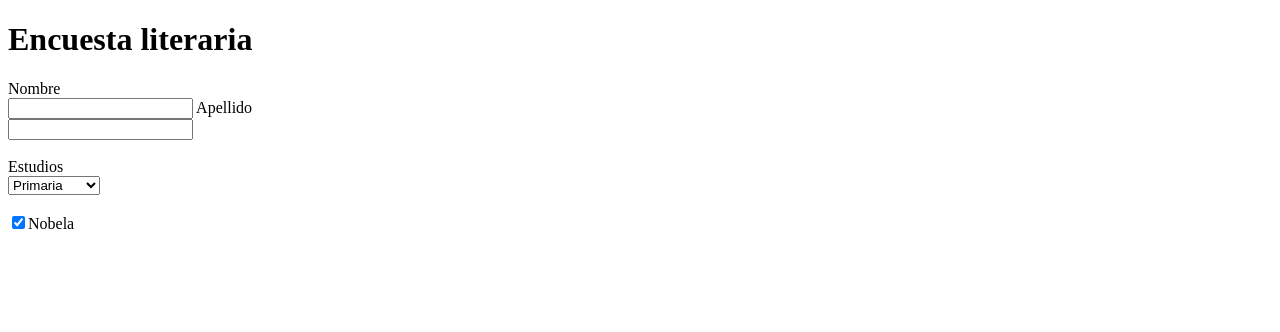
Repository: Scastellc/javaee
Page: Encuentra/WebContent/index.html
These files come from the project's save history. The page is drawn as it stood at one moment and after the next save; the edit follows.
The browser window is 1280 px wide. The pictures show the whole page.

Above is the page before, as saved 2017-02-16 17:49:42.

After the next save:
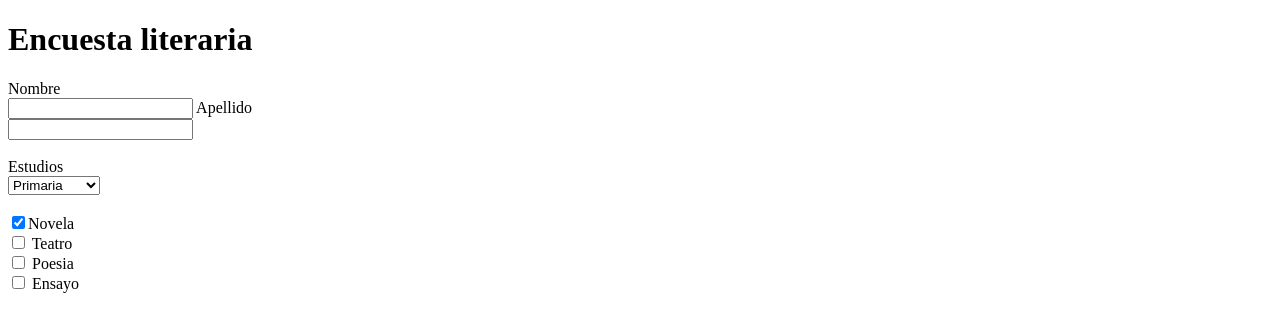
Saved 71 s later.
--- a/Encuentra/WebContent/index.html
+++ b/Encuentra/WebContent/index.html
@@ -21,7 +21,11 @@
 		<option>Secundaria</option>
 		<option>Bachillerato</option>
 	</select> <br><br>
-	<input type = "checkbox" name="preferencias" value="Novela" checked>Nobela <br>
+
+	<input type = "checkbox" name="preferencias" value="Novela" checked>Novela <br>
+	<input type = "checkbox" name="preferencias" value="Teatro"> Teatro <br>
+	<input type = "checkbox" name="preferencias" value="Poesia"> Poesia <br>
+	<input type = "checkbox" name="preferencias" value="Ensayo"> Ensayo <br>
 
 
 </form>
